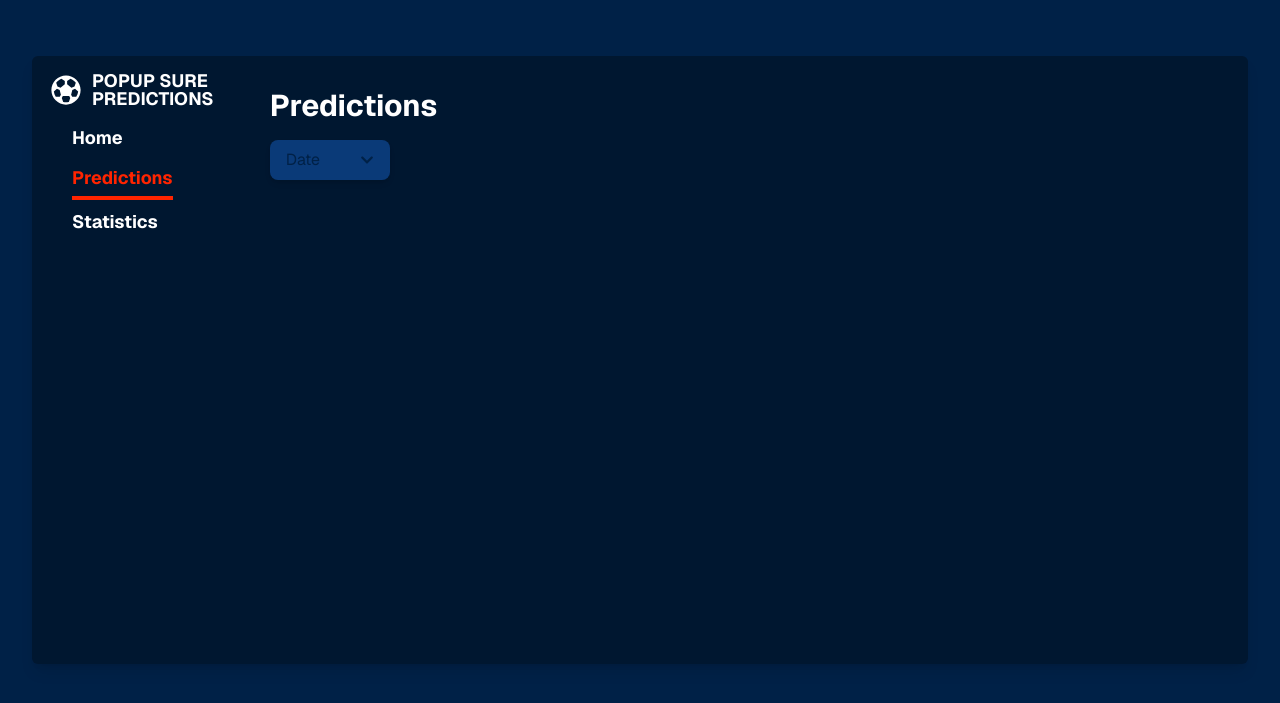
Repository: prototypedave/AlgoFooty
Page: /predictions (app in frontend/algo-footy/)
These files come from the project's save history. The page is drawn as it stood at one moment and after the next save; the edit follows.
The browser window is 1280 px wide. The pictures show the whole page.
The project was rebuilt for these pictures with package versions that can differ from the ones it lists, and the page was loaded fresh each time. The framework's server and built-in components were replaced by stand-ins that run in the browser. Also part of the build but not shown: frontend/algo-footy/next.config.ts.

Above is the page before, as saved 2025-11-03 07:07:50.

After the next save:
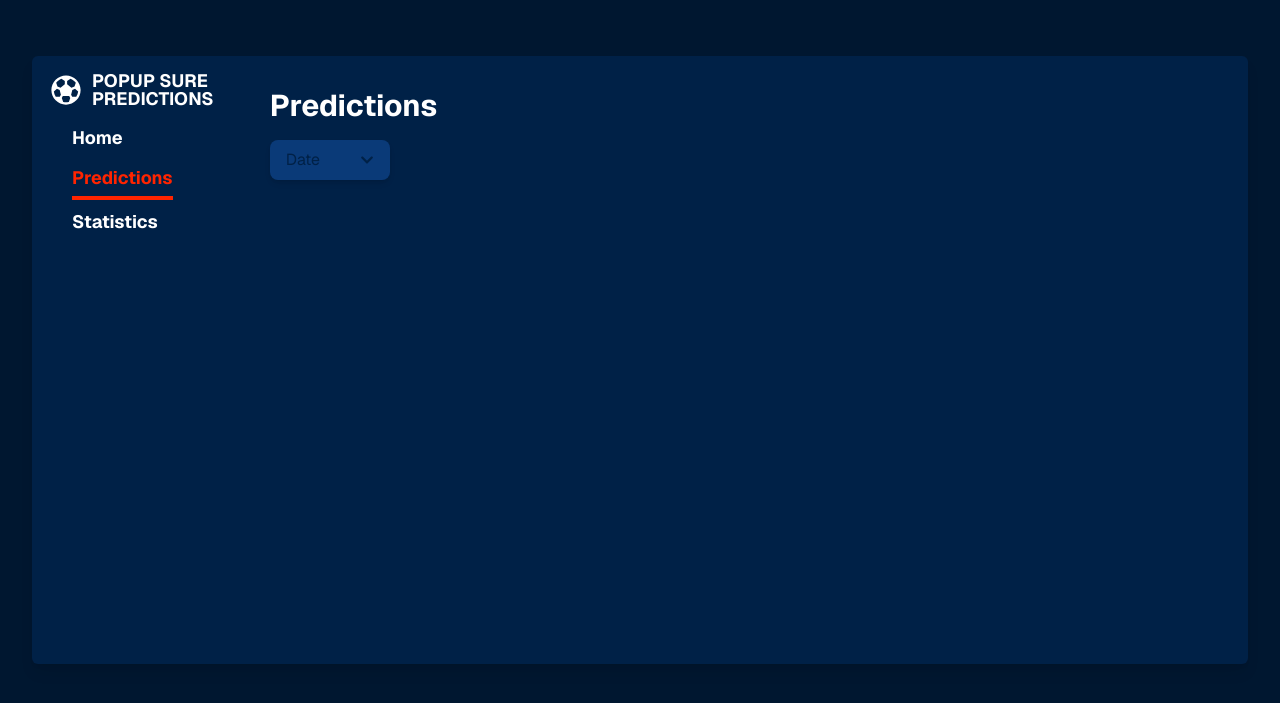
Saved 51 s later.
--- a/frontend/algo-footy/app/predictions/page.tsx
+++ b/frontend/algo-footy/app/predictions/page.tsx
@@ -8,8 +8,8 @@ import DropdownButton from "@/components/dropdown";
 export default function Predictions() {
     const pathname = usePathname();
     return (
-        <div className="relative flex flex-col min-h-screen items-center justify-center bg-oxford-blue font-sans">
-            <nav className="absolute inset-x-0 top-0 bottom-0 bg-[#001730] text-white max-h-full rounded-md mx-8 my-14 shadow-lg flex gap-10 p-4">
+        <div className="relative flex flex-col min-h-screen items-center justify-center bg-[#001730] font-sans">
+            <nav className="absolute inset-x-0 top-0 bottom-0 bg-oxford-blue text-white max-h-full rounded-md mx-8 my-14 shadow-lg flex gap-10 p-4">
                 <div className="flex flex-col">
                     <div className="flex gap-2">
                         <IoMdFootball className="text-4xl"/>
